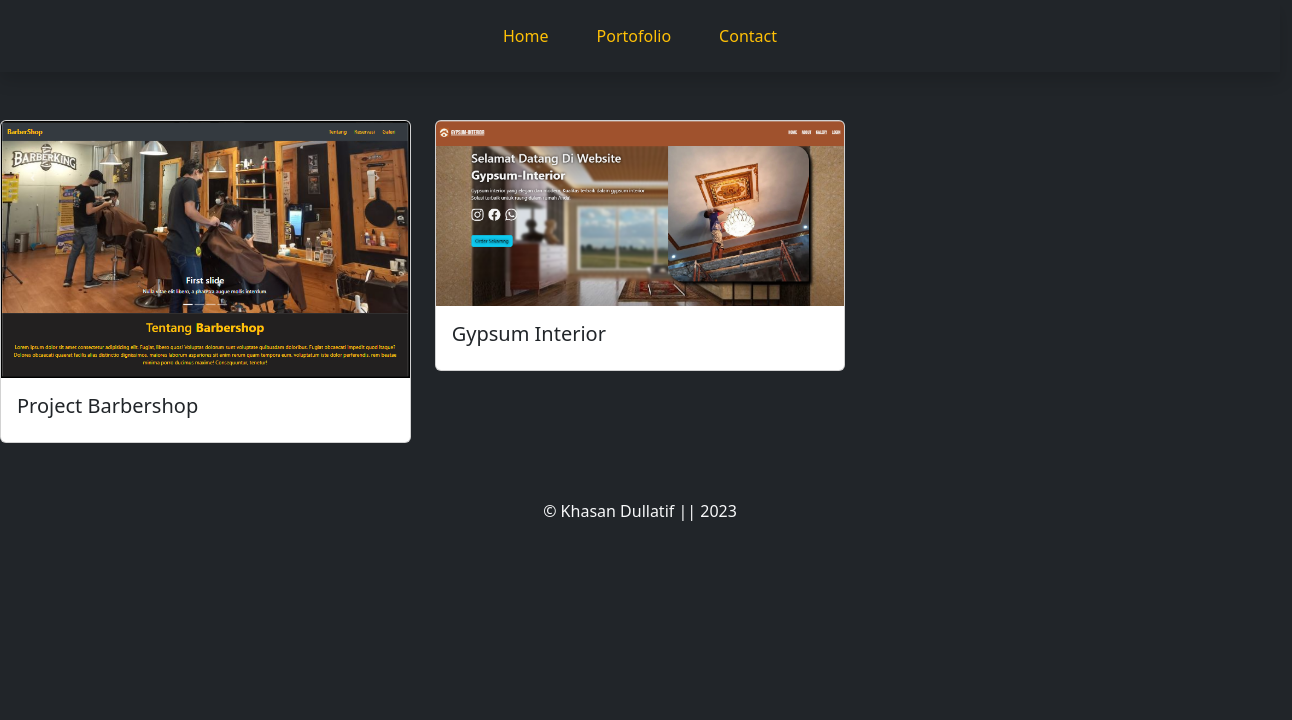
Repository: AHSANS354/Tugas-MSIB-5-GitHub
Page: tugas/tugas bootsrap/portofolio.html
The author's editor kept a copy of each file at every save. The page is drawn from the files as they stood at one save, then again after the next save.
The browser window is 1280 px wide. The page is 1292 px wide, so the pictures cover 1292 px, including what lies to the right of the window. The pictures show the whole page.

Above is the page before, as saved 2023-09-19 17:46:39.

After the next save:
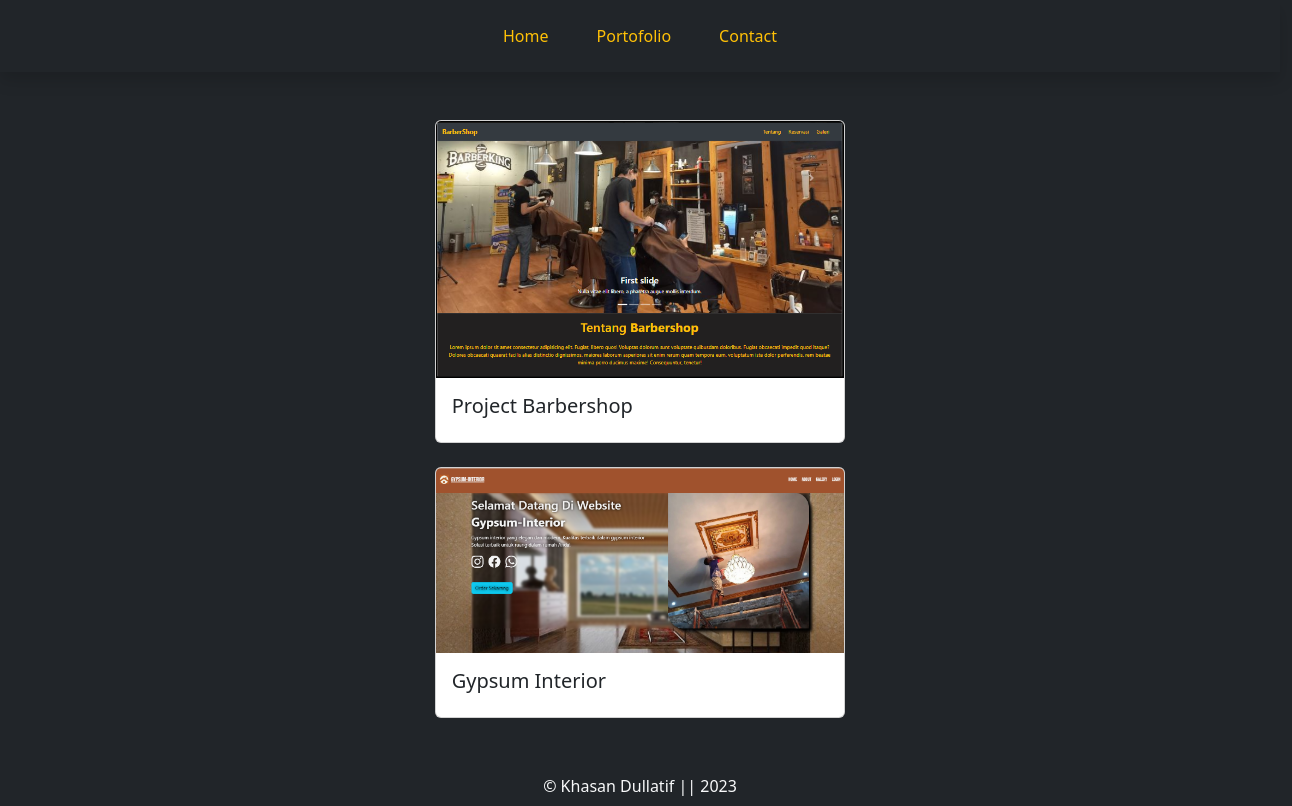
Saved 63 s later.
--- a/tugas/tugas bootsrap/portofolio.html
+++ b/tugas/tugas bootsrap/portofolio.html
@@ -5,6 +5,14 @@
     <meta name="viewport" content="width=device-width, initial-scale=1" />
     <title>Bootstrap demo</title>
     <link href="https://cdn.jsdelivr.net/npm/bootstrap@5.3.2/dist/css/bootstrap.min.css" rel="stylesheet" integrity="sha384-T3c6CoIi6uLrA9TneNEoa7RxnatzjcDSCmG1MXxSR1GAsXEV/Dwwykc2MPK8M2HN" crossorigin="anonymous" />
+    <style>
+      #content {
+        display: flex;
+        justify-content: center;
+        align-items: center;
+        flex-direction: column;
+      }
+    </style>
   </head>
   <body class="bg-dark">
     <div class="home">
@@ -22,7 +30,7 @@
         </ul>
       </div>
       <div class="content">
-        <div class="row mt-5 pt-5 row-cols-1 row-cols-md-3 g-4">
+        <div class="row mt-5 pt-5 row-cols-1 row-cols-md-3 g-4" id="content">
           <div class="col">
             <div class="card">
               <img src="images/barber.png" class="card-img-top" alt="..." />
